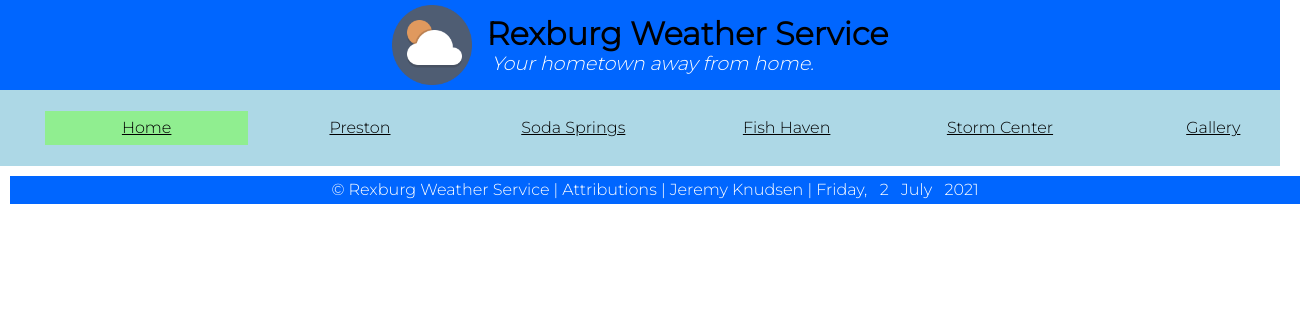
Repository: jknudsen97/jknudsen97.github.io
Page: lesson09/index.html
These files come from the project's save history. The page is drawn as it stood at one moment and after the next save; the edit follows.
The browser window is 1280 px wide. The page is 1300 px wide, so the pictures cover 1300 px, including what lies to the right of the window. The pictures show the whole page.
The page's requests for data from a server got no answer.

Above is the page before, as saved 2021-07-02 18:28:14.

### lesson09/index.html
<!DOCTYPE html>
<html lang="en">
<head>
    <meta charset="UTF-8">
    <meta http-equiv="X-UA-Compatible" content="IE=edge">
    <meta name="viewport" content="width=device-width, initial-scale=1.0">
    <title>Storm Center Page</title>
    <meta name="description" content="This will be storm center page"/>
    <link rel="preconnect" href="https://fonts.gstatic.com">
    <link href="https://fonts.googleapis.com/css2?family=Montserrat:wght@100;300&display=swap" rel="stylesheet">
    <link rel="preconnect" href="https://fonts.gstatic.com">
    <link href="https://fonts.googleapis.com/css2?family=Nunito:wght@300&display=swap" rel="stylesheet">
    <link rel="stylesheet" href="https://cdnjs.cloudflare.com/ajax/libs/normalize/8.0.1/normalize.min.css">
    <link rel="stylesheet" href="css/main.css"/>
    <link rel="stylesheet" href="css/medium.css"/>
    <link rel="stylesheet" href="css/large.css"/>
</head>
<body>
    <header>
            <img src="images/logo.png" alt="Preston logo">
        <section class="headings">
            <h1>Rexburg Weather Service</h1>
            <div class="motto">Your hometown away from home.</div>
        </section>
    </header>

    <div class="nav">
        <div class="hamburger">
            <span class="bar"></span>
            <span class="bar"></span>
            <span class="bar"></span>
        </div>
        <ul class="menu">
            <li><a href="/lesson09/index.html" class="current">Home</a></li>
            <li><a href="/lesson06/preston-6.html" class="link">Preston</a></li>
            <li><a href="#sodaSprings" class="link">Soda Springs</a></li>
            <li><a href="#fishHaven" class="link">Fish Haven</a></li>
            <li><a href="/lesson08/stormcenter.html" class="link">Storm Center</a></li>
            <li><a href="/lesson07/gallery-7.html" class="link">Gallery</a></li>
        </ul>
    </div>
    <main>
        <div id="places">

        </div>
    </main>
    <footer>
        <div>&copy; Rexburg Weather Service | Attributions | Jeremy Knudsen |&nbsp;</div>
        <div class="current2">
            <span id="currentDayofWeek"></span>, &nbsp;
            <span id="currentDay"></span> &nbsp; <span id="currentMonth"></span> &nbsp;
            <span id="currentYear"></span>
        </div>
    </footer>
    <script defer src="js/script.js"></script>
</body>
</html>

### lesson09/css/main.css
header {
    background-color: #0066ff;
    padding: 5px;
    display: flex;
    align-items: center;
    justify-content: center;
}

header img{
    width: 50px;
    height: auto;
}

body{
    font-family: 'Montserrat', sans-serif;
}

main{
    text-align: center;
}

p{
    justify-content: center;
    background-color: beige;
    padding: 25px;
    margin: 20px;
}

.headings {
    display: flex;
    flex-direction: column;
}

.headings h1{
    font-size: 2em;
    margin: 0 0 0 15px;
}

.motto{
    font-style: italic;
    color: white;
    margin-left: 20px;
    font-size: 1.2rem;
}

.nav{
    overflow: hidden;
    background-color: lightblue;
    position: relative;
}

.menu{
    overflow: hidden;
    display: none;
}

.menu li{
    list-style: none;
    text-decoration: none;
    flex: 1;
    text-align: center;
    justify-content: center;
    box-sizing: border-box;
    line-height: 1.5rem;
}

.menu a{
    color: black;
    justify-content: space-between;
    text-align: center;
    list-style-type: none;
    flex-direction: row;
    align-items: center;
    display: block;
}

.active{
    display: block;
    padding: 0px;
}

a.link, a.current{
    padding: 5px;
    margin: 5px;
}

.nav a.icon{
    background: black;
    display: block;
    position: absolute;
    right: 0;
    top: 0;
}

.hamburger{
    display: none;
}

.bar{
    display: block;
    width: 25px;
    height: 3px;
    margin: 5px auto;
    -webkit-transition: all 0.3s ease-in-out;
    transition: all 0.3s ease-in-out;
    background-color: black;
}

footer {
    margin: 10px;
    color: white;
    background-color: #0066ff;
    padding: 5px;
    display: flex;
    align-items: center;
    justify-content: center;
    flex-direction: column;
}

.hamburger{
    display: block;
    cursor: pointer;
}

.hamburger.active .bar:nth-child(2) {
    opacity: 0;
}

.hamburger.active .bar:nth-child(1) {
    transform: translateY(8px) rotate(45deg);
}

.hamburger.active .bar:nth-child(3) {
    transform: translateY(-8px) rotate(-45deg);
}

.header img{
    width: 120px;
    height: auto;
}

/*Lesson08*/
form{
    background-color: bisque;
    margin-left: auto;
    margin-right: auto;
}

input{
    padding: 10px;
    margin: 10px;
}

/*Lesson09*/
article img{
    max-width: 200px;
    height: auto;
    padding: 2px;
    margin: 10px;
    border-style: solid;
}

article {
    max-width: 700px;
    margin: .5rem auto;
    background-color: lightblue;
    justify-content: center;
    display: grid;
      grid-template-columns: 1fr;
  }

### lesson09/css/medium.css
@media only screen and (min-width: 32.5em){
    .menu{
        display: flex;
    }

    header img{
        width: 80px;
        height: auto;
    }

    .headings h1{
        font-size: 2rem;
    }

    .hamburger{
        display: none;
    }

    footer{
        margin: 10px;
        flex-direction: row;
        width: 100%;
    }

    /*Lesson07*/

    .nav a:active{
        background-color: white;
    }

    .nav a:hover{
        background-color: green;
        color: white;
    }

    .current {
        background:lightgreen;
      }

    /*Lesson 09*/
    article {
        display: grid;
          grid-template-columns: 1fr 1fr;
      }

      article:nth-child(odd) img {
          grid-column: 2;
      }

      article:nth-child(odd) .data {
          grid-column: 1;
          grid-row: 1;
      }
}

### lesson09/css/large.css
@media only screen and (min-width: 60em){
    .menu{
        display: flex;
        top: 5rem;
        border-radius: 10px;
        justify-content: space-between;
        width: 100%;
        transition: 0.3s;
    }

    /*Lesson09*/
    article {
        display: grid;
        grid-template-columns: 1fr;
      }
}

### lesson09/js/script.js
const hamburger = document.querySelector(".hamburger");
const menu = document.querySelector(".menu");
hamburger.addEventListener("click", mobileMenu);

function mobileMenu() {
    hamburger.classList.toggle("active");
    menu.classList.toggle("active");
}

const link = document.querySelectorAll(".link");
link.forEach(n => n.addEventListener("click", closeMenu));

function closeMenu(){
    hamburger.classList.remove("active");
    menu.classList.remove("active");
}

var d = new Date();
var weekday = new Array(7);
weekday[0] = "Sunday";
weekday[1] = "Monday";
weekday[2] = "Tuesday";
weekday[3] = "Wednesday";
weekday[4] = "Thursday";
weekday[5] = "Friday";
weekday[6] = "Saturday";

var n = weekday[d.getDay()];
document.querySelector("#currentDayofWeek").innerHTML = n;

var n = d.getDate();
document.querySelector("#currentDay").innerHTML = n;

var month = new Array();
month[0] = "January";
month[1] = "February";
month[2] = "March";
month[3] = "April";
month[4] = "May";
month[5] = "June";
month[6] = "July";
month[7] = "August";
month[8] = "September";
month[9] = "October";
month[10] = "November";
month[11] = "December";

var n = month[d.getMonth()];
document.querySelector("#currentMonth").innerHTML = n;

var n = d.getFullYear();
document.querySelector("#currentYear").innerHTML = n;

//JSON
const requestURL = 'https://byui-cit230.github.io/weather/data/towndata.json';

fetch(requestURL)
  .then(function (response) {
    return response.json();
  })

  .then(function (jsonObject) {
    const towns = jsonObject["towns"];
    const idaho = towns.filter(
      towns => towns.name == "Preston" || towns.name == "Soda Springs" || towns.name == "Fish Haven");

      idaho.forEach((towns) => {
        let card = document.createElement("article");
        let insidecard = document.createElement('section');
        let name = document.createElement("h1");
        let motto = document.createElement("h2");
        let yearfounded = document.createElement("p");
        let population = document.createElement("p");
        let rainfall = document.createElement("p");
        let image = document.createElement("img");
        let text = document.createElement("div");

        name.textContent = `${towns.name}`;
        motto.textContent = `${towns.motto}`;
        yearfounded.textContent = `Founded: ${towns.yearFounded}`;
        population.textContent = `Population: ${towns.currentPopulation}`;
        rainfall.textContent = `Annual Rainfall: ${towns.averageRainfall}in`;
        image.setAttribute('src', `images/${towns.photo}`);
        image.setAttribute('alt', `${towns.name} img`);

        insidecard.appendChild(name);
        insidecard.appendChild(motto);
        insidecard.appendChild(yearfounded);
        insidecard.appendChild(population);
        insidecard.appendChild(rainfall);
        insidecard.appendChild(text);
        card.appendChild(image);
        card.appendChild(insidecard);

        document.querySelector("#places").appendChild(card);
      })
    }
  )

After the next save:
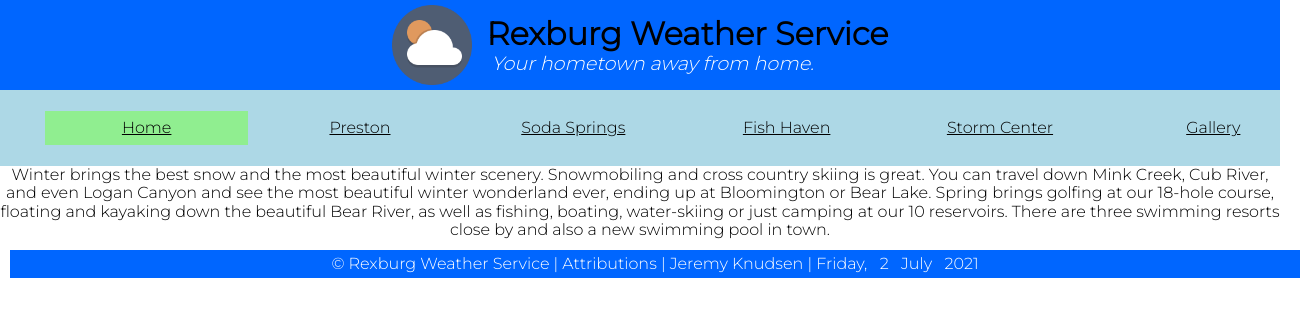
Saved 8 min 2 s later.
--- a/lesson09/index.html
+++ b/lesson09/index.html
@@ -43,6 +43,20 @@
         <div id="places">
 
         </div>
+        <div class="extra">
+            Winter brings the best snow and the most beautiful winter scenery.
+            Snowmobiling and cross country skiing is great.
+            You can travel down Mink Creek, Cub River,
+            and even Logan Canyon and see the most beautiful winter wonderland ever,
+            ending up at Bloomington or Bear Lake.
+
+            Spring brings golfing at our 18-hole course,
+            floating and kayaking down the beautiful Bear River,
+            as well as fishing,
+            boating, water-skiing or just camping at our 10 reservoirs.
+            There are three swimming resorts close by and also a new
+            swimming pool in town.
+        </div>
     </main>
     <footer>
         <div>&copy; Rexburg Weather Service | Attributions | Jeremy Knudsen |&nbsp;</div>
